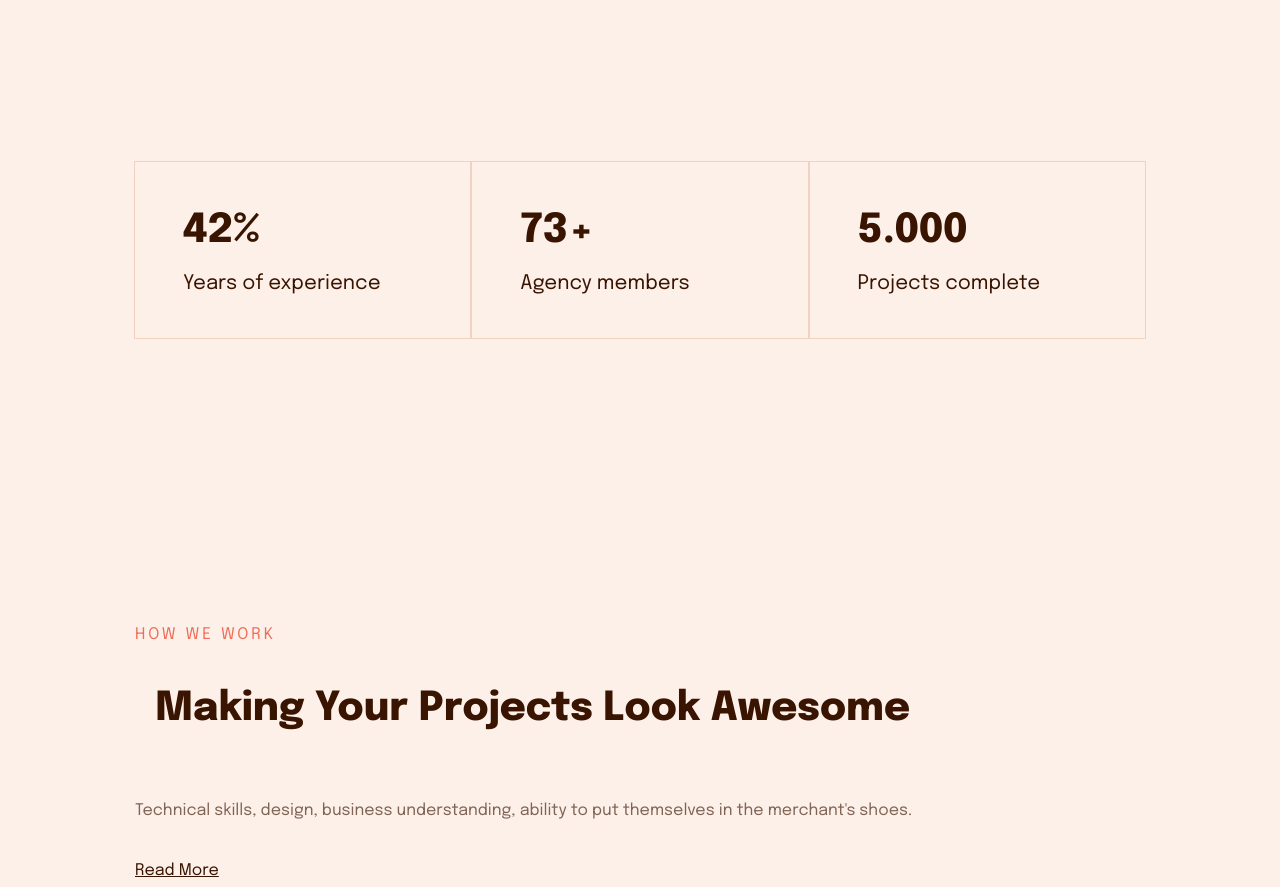
Repository: MehdiKerimov/Figma-task-7
Page: index.html
An editor plug-in stored every save of this project. The page is shown before and after the next save, followed by the edit.
The browser window is 1280 px wide. The pictures show the whole page.

Above is the page before, as saved 2023-08-30 12:10:05.

After the next save:
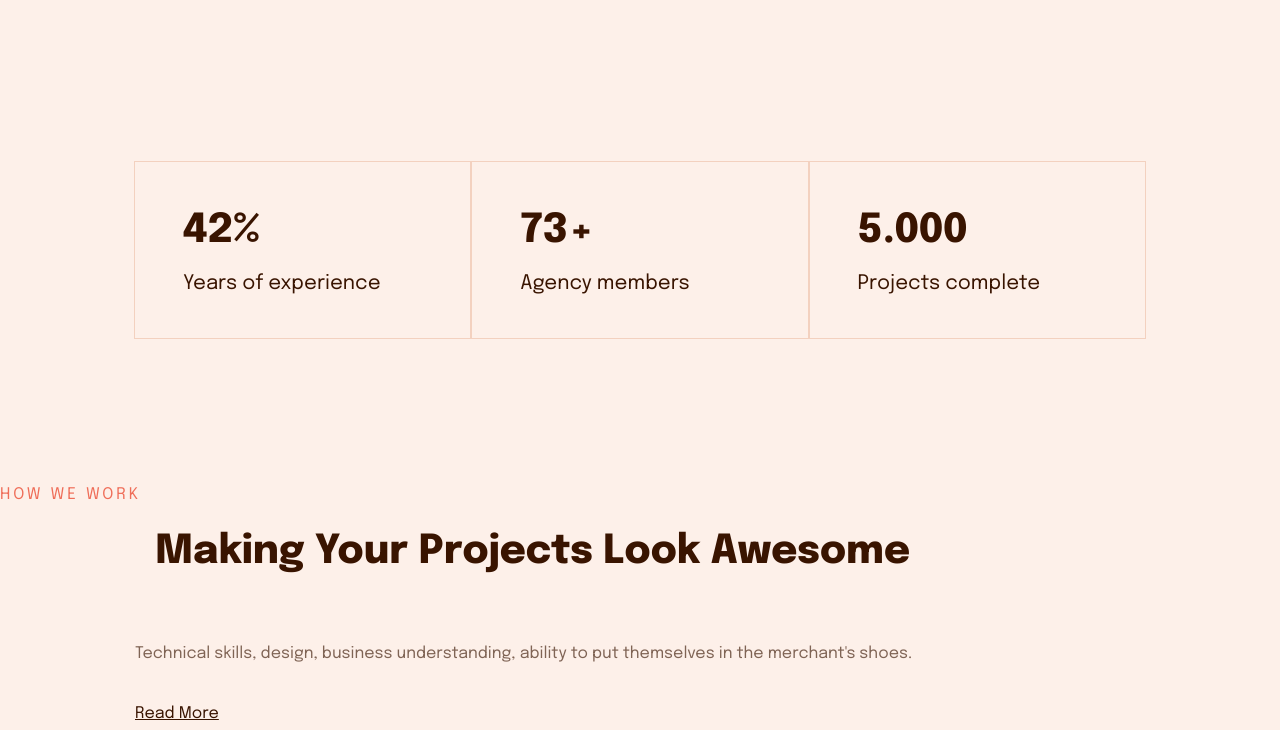
Saved 6 s later.
--- a/index.css
+++ b/index.css
@@ -64,7 +64,6 @@
     display: flex;
 }
 .container-2 h1 {
-  padding: 140px 0px 17px 135px;
   color: var(--text-dark-accent, #ef6d58);
   font-feature-settings: "clig" off, "liga" off;
   font-family: Epilogue;
